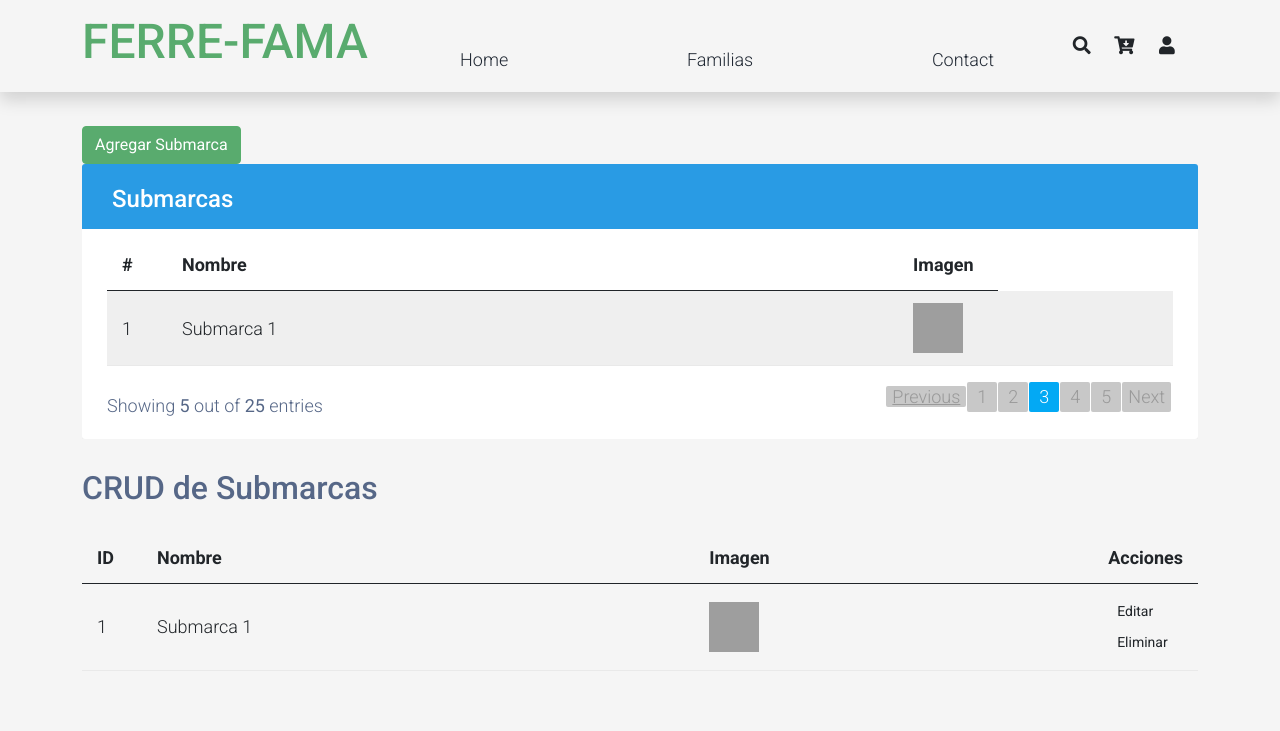
Repository: Yaqode/front-fama
Page: http://localhost/multimedia/Views/marcas.php
The author's editor kept a copy of each file at every save. The page is drawn from the files as they stood at one save, then again after the next save.
The browser window is 1280 px wide. The pictures show the whole page.
Pictures or frames that could not be fetched are drawn as grey boxes. The page is run by PHP 8.4 with error messages shown; the project is at /var/www/html/.

Above is the page before, as saved 2023-12-07 11:16:41.

After the next save:
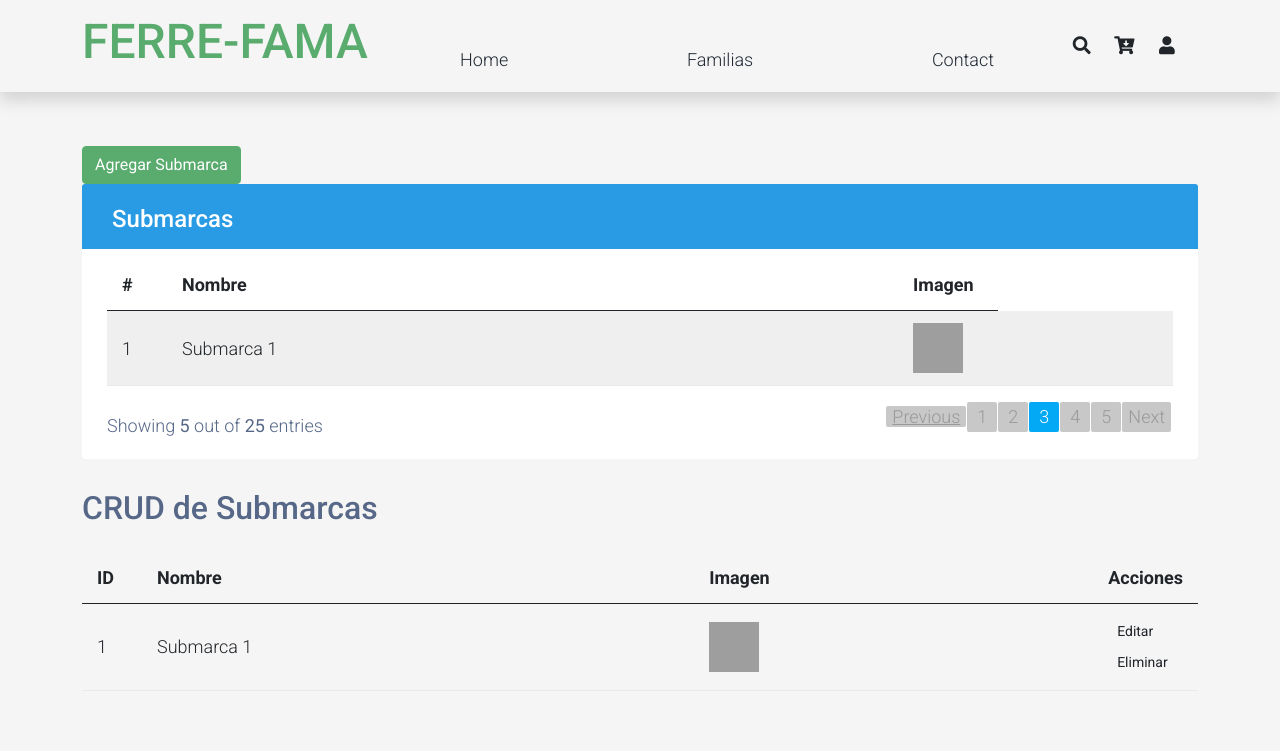
Saved 86 s later.
--- a/Views/marcas.php
+++ b/Views/marcas.php
@@ -242,7 +242,7 @@
 <div class="container-xl">
     <div class="table-responsive">
         <!-- Botón para abrir el modal de agregar submarca -->
-        <button type="button" class="btn btn-success text-white mt-1" data-bs-toggle="modal"
+        <button type="button" class="btn btn-success text-white mt-4" data-bs-toggle="modal"
                 data-bs-target="#modalSubmarca">
                 Agregar Submarca
             </button>
